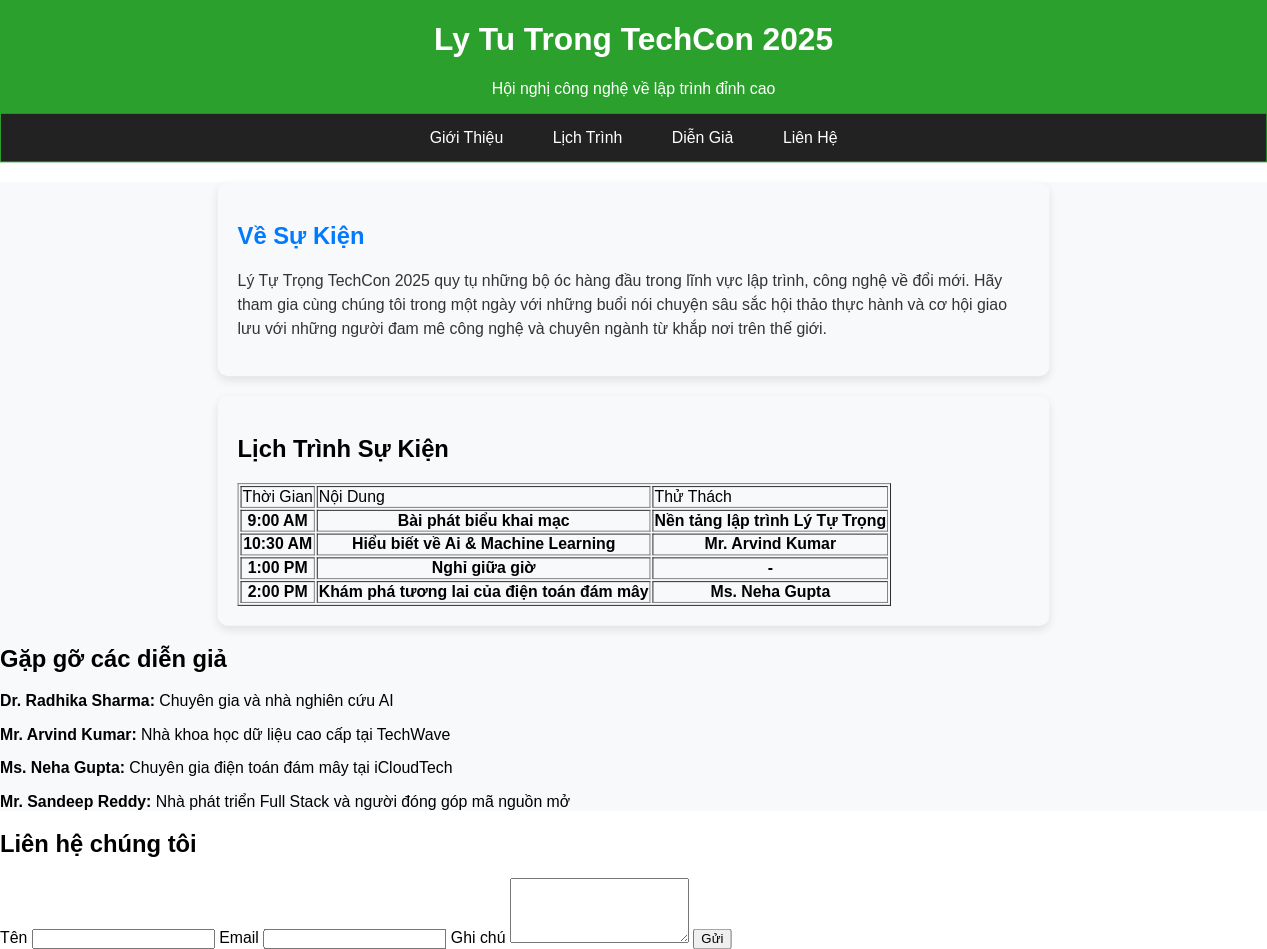
Repository: NhatMinh121/BaiTapVeNha1
Page: index.html
An editor plug-in stored every save of this project. The page is shown before and after the next save, followed by the edit.
The browser window is 1280 px wide. The pictures show the whole page, at 99% of full size.

Above is the page before, as saved 2025-03-28 23:03:14.

After the next save:
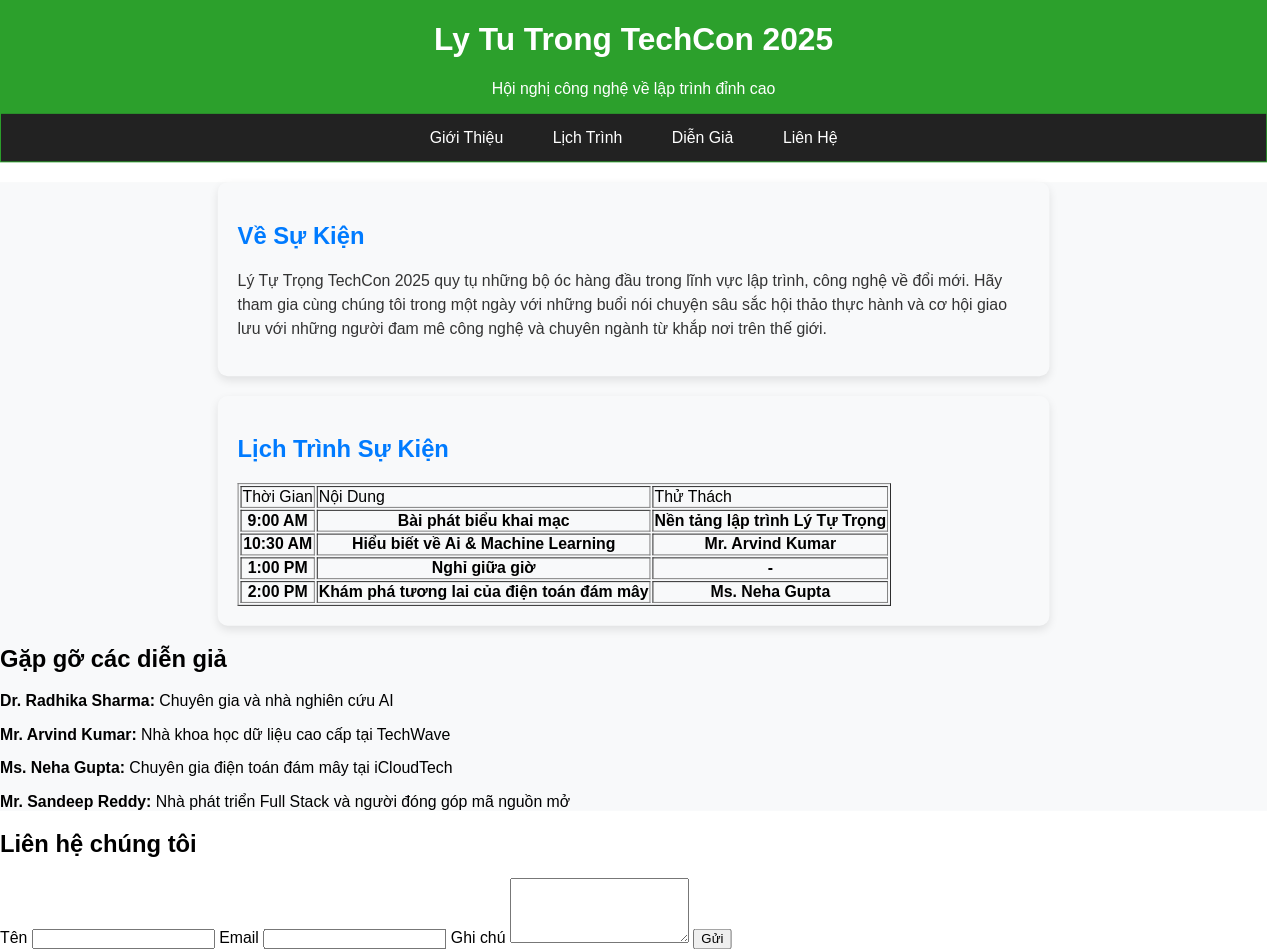
Saved 8 s later.
--- a/style.css
+++ b/style.css
@@ -71,3 +71,9 @@
     max-width: 800px;
     margin: 20px auto;
 }
+
+.main-schedule h2 {
+    color: #007bff;
+    font-size: 24px;
+    font-weight: bold;
+}
